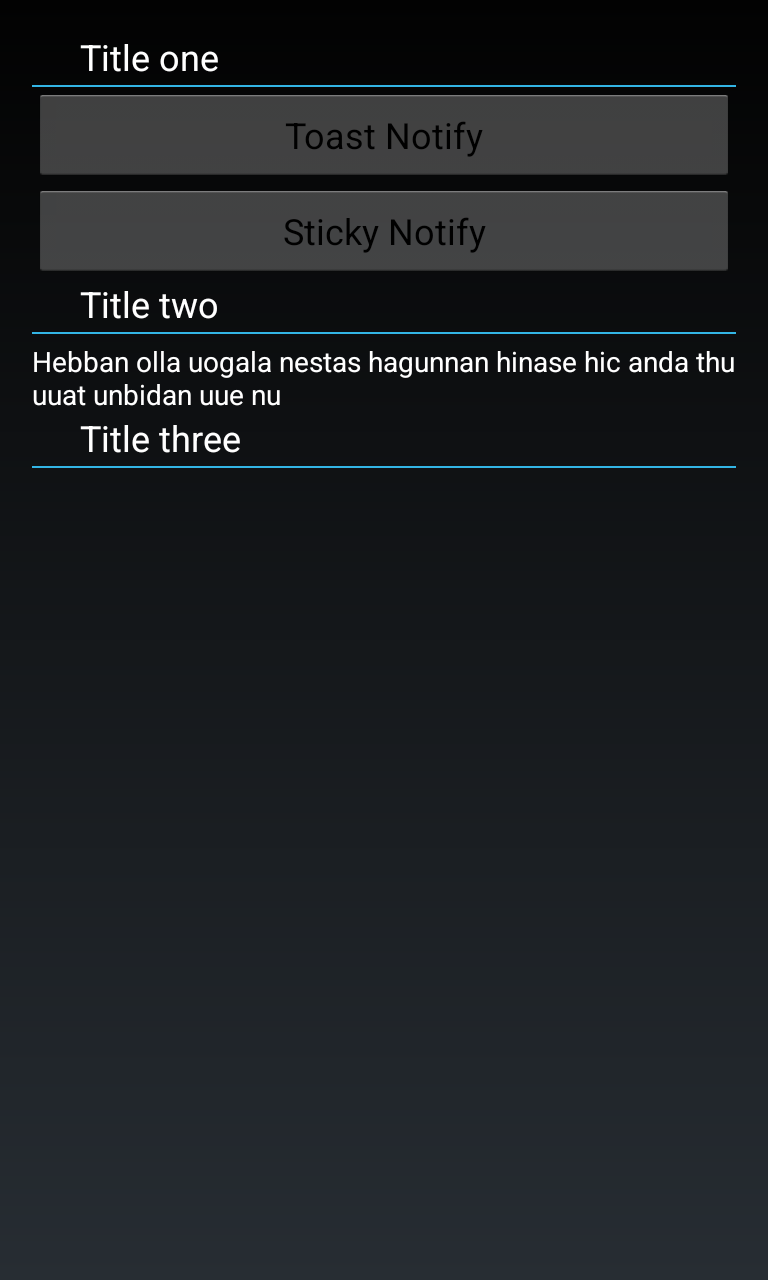
Repository: zubke/NotifyLib
Layout: Android-NotifySample/res/layout/activity_main.xml
These files come from the project's save history. The layout is drawn as it stood at one moment and after the next save; the edit follows.
It is drawn on a 768 x 1280 px phone screen (xhdpi) without system bars, with theme AppTheme; the app's code is not run.

Above is the layout before, as saved 2013-10-07 19:38:04.

After the next save:
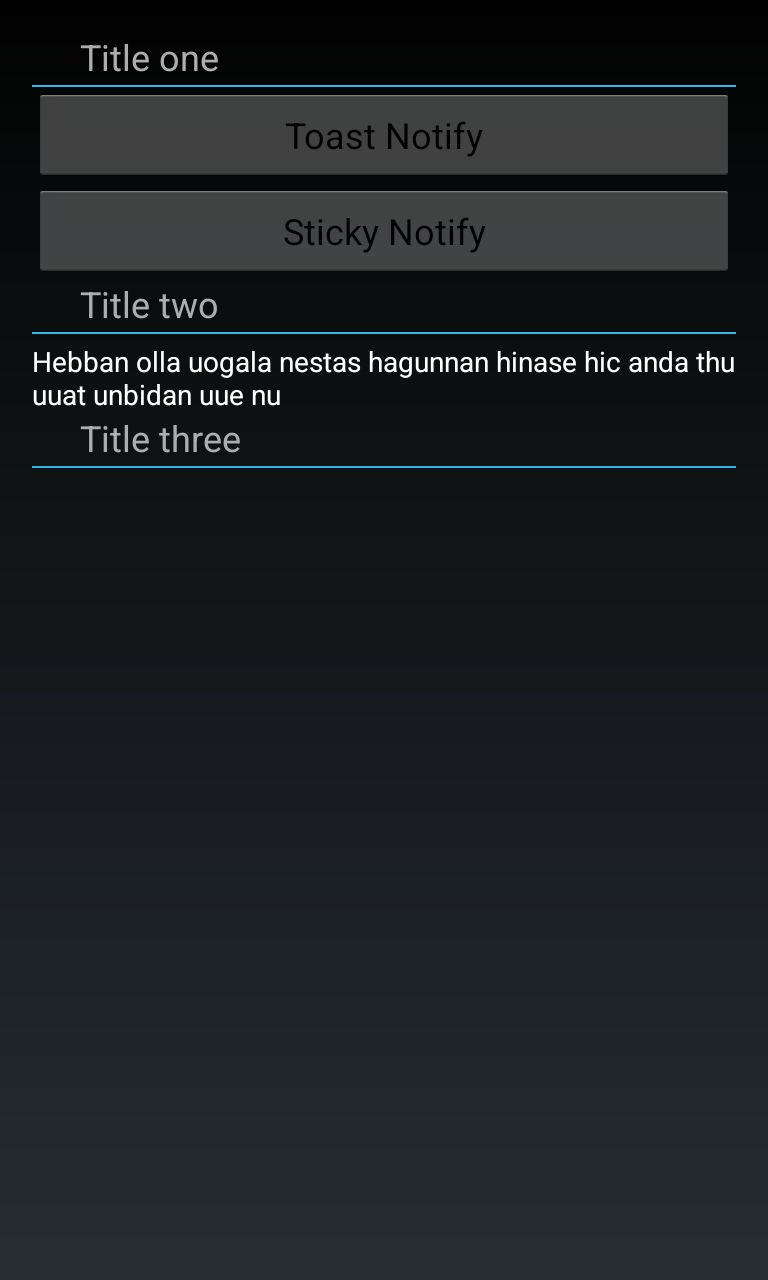
Saved 9 s later.
--- a/Android-NotifySample/res/values/styles.xml
+++ b/Android-NotifySample/res/values/styles.xml
@@ -22,7 +22,7 @@
         <item name="android:layout_marginLeft">@dimen/title_margin_left</item>
         <item name="android:layout_marginRight">@dimen/title_margin_right</item>
         <item name="android:textAppearance">@android:style/TextAppearance.Medium</item>
-        <item name="android:textColor">@color/white</item>
+        <item name="android:textColor">@color/light_grey</item>
     </style>
 
     <style name="Content" parent="android:style/Widget.TextView">
